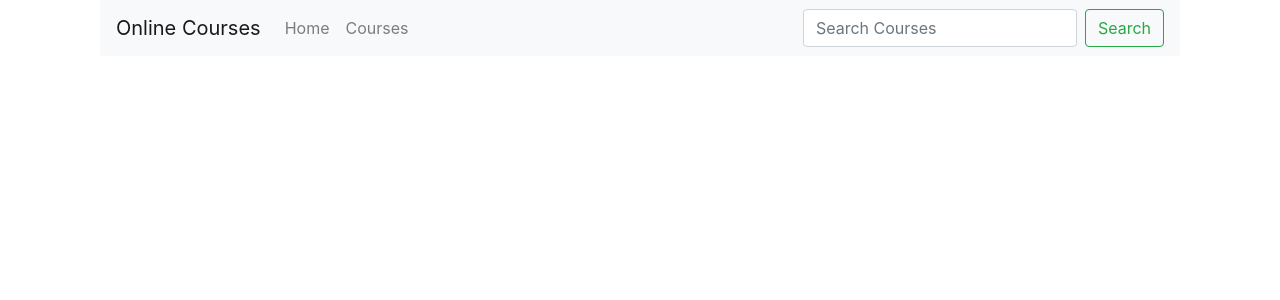
Repository: ranamahmud/online-class-react
Page: /
An editor plug-in stored every save of this project. The page is shown before and after the next save, followed by the edit.
The browser window is 1280 px wide. The pictures show the whole page.
The project was rebuilt for these pictures with package versions that can differ from the ones it lists, and the page was loaded fresh each time. Also part of the build but not shown: src/App.css.

Above is the page before, as saved 2020-08-27 19:53:28.

### src/App.js
import React from 'react';
import './App.css';
import 'bootstrap/dist/css/bootstrap.min.css';
import { Navbar,Nav,Form,FormControl,Button,Container } from 'react-bootstrap';

function App() {
  return (
    <Container>
      <Container>
      <Navbar bg="light" expand="lg">
  <Navbar.Brand href="#home">Online Courses</Navbar.Brand>
  <Navbar.Toggle aria-controls="basic-navbar-nav" />
  <Navbar.Collapse id="basic-navbar-nav">
    <Nav className="mr-auto">
      <Nav.Link href="#home">Home</Nav.Link>
      <Nav.Link href="#link">Courses</Nav.Link>
    </Nav>
    <Form inline>
      <FormControl type="text" placeholder="Search Courses" className="mr-sm-2" />
      <Button variant="outline-success">Search</Button>
    </Form>
  </Navbar.Collapse>
</Navbar>
      </Container>
    </Container>
  );
}

export default App;

Loaded but not shown: public/index.html (common file); src/index.js (common file); src/index.css (common file); src/serviceWorker.js (common file)

After the next save:
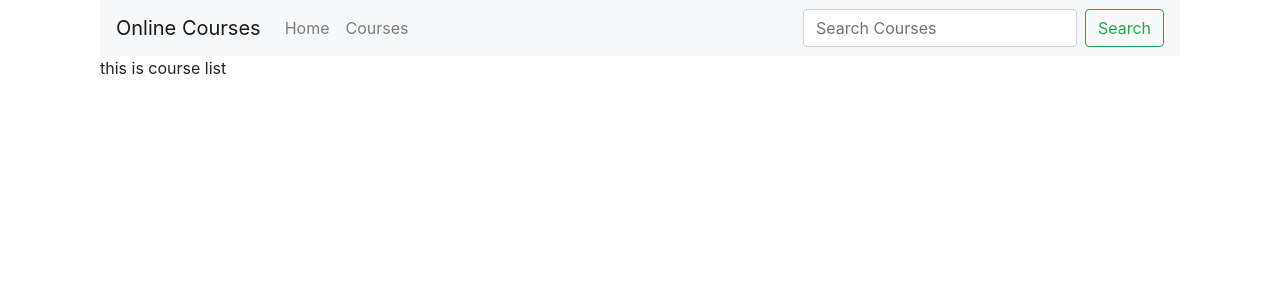
Saved 8 s later.
--- a/src/App.js
+++ b/src/App.js
@@ -22,6 +22,9 @@
   </Navbar.Collapse>
 </Navbar>
       </Container>
+      <Container>
+        this is course list
+      </Container>
     </Container>
   );
 }

After the save that followed:
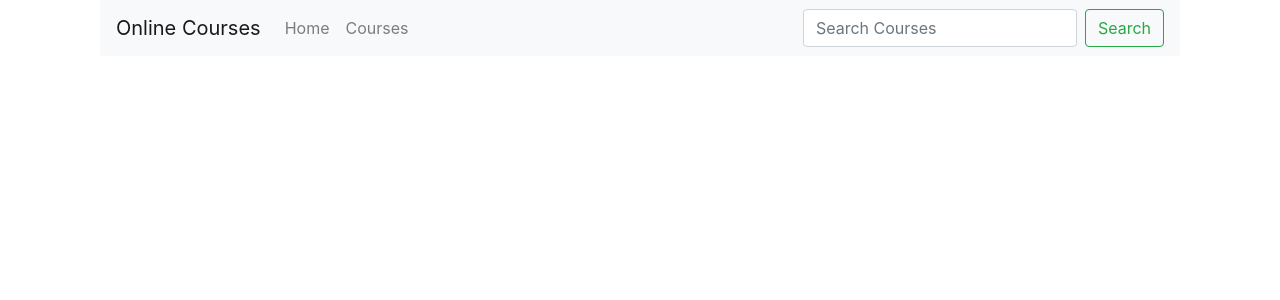
Saved 2 min 4 s later.
--- a/src/App.js
+++ b/src/App.js
@@ -23,7 +23,8 @@
 </Navbar>
       </Container>
       <Container>
-        this is course list
+
+
       </Container>
     </Container>
   );
